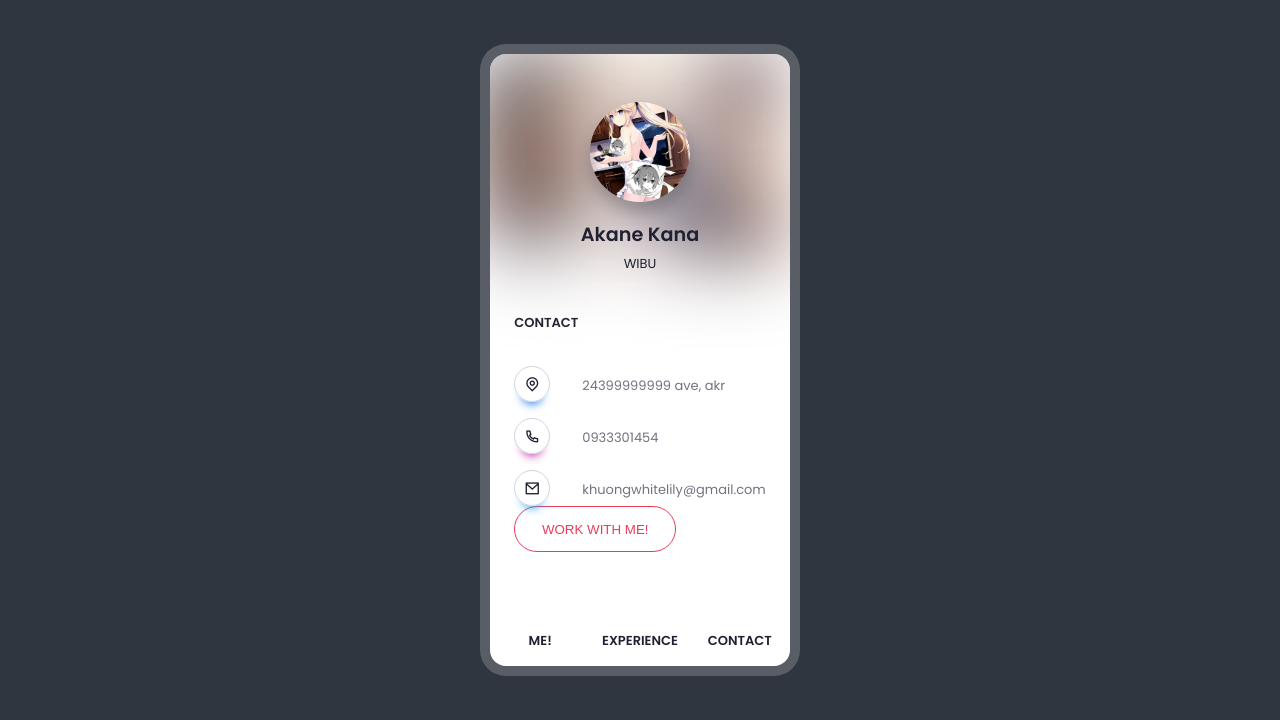
Repository: AkaneKana/AkaneKana
Page: index.html
The author's editor kept a copy of each file at every save. The page is drawn from the files as they stood at one save, then again after a run of saves.
The browser window is 1280 px wide. The pictures show the whole page.
Some web libraries are served in a nearby version.

Above is the page before, as saved 2023-05-19 17:14:25.

After the next 2 saves:
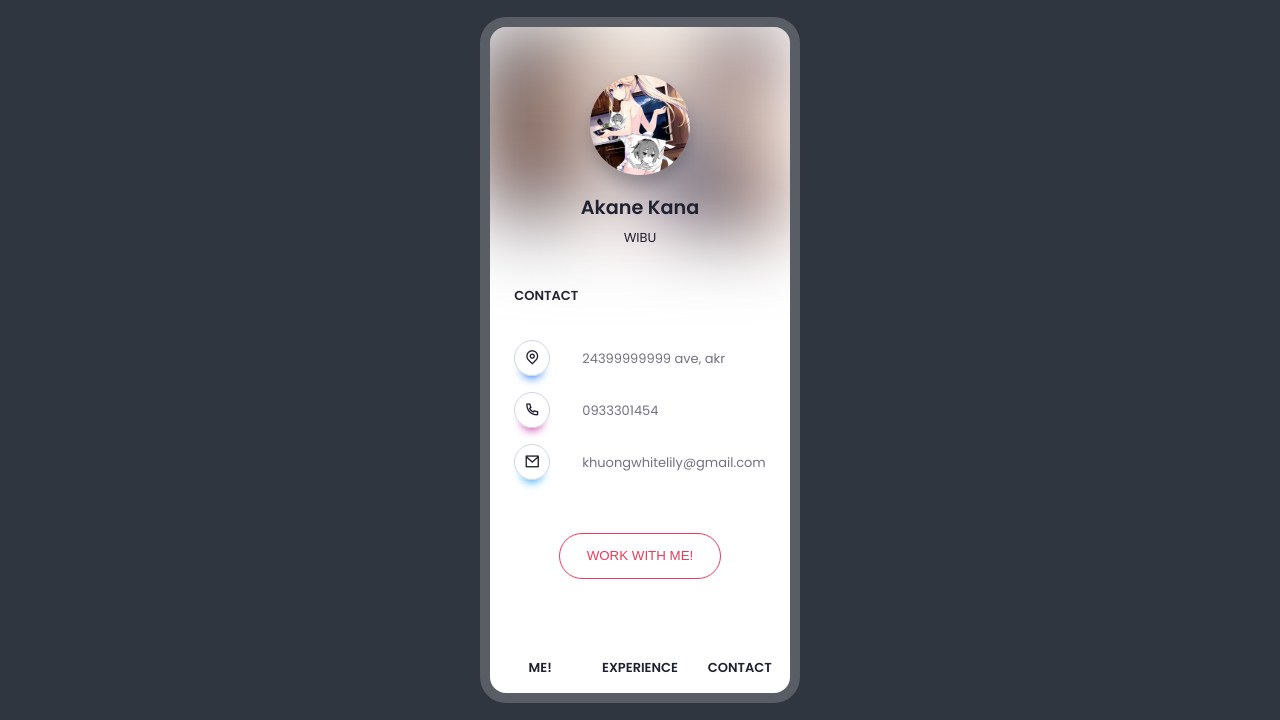
The 2 saves are shown as one change because they came seconds apart.
The last was saved 7 s later.
--- a/style.css
+++ b/style.css
@@ -360,6 +360,6 @@ section > div.active {
   text-transform: uppercase;
   width: fit-content;
   display: block;
-  margin: ;
-
-}
+  margin: 4em auto;
+
+}
